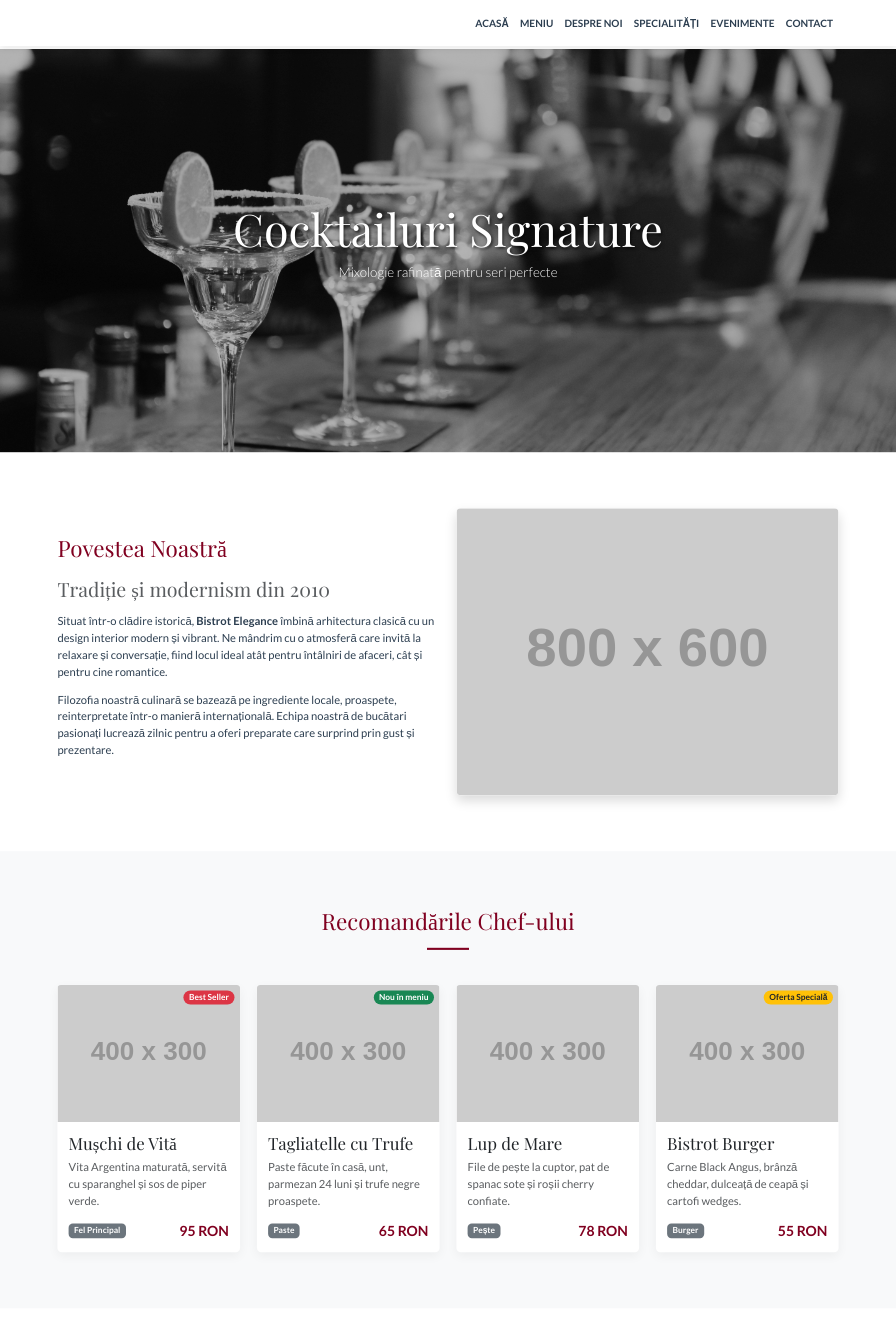
Repository: 912-Comsa-Teodora/bistrot-restaurant
Page: restaurant/index.html
An editor plug-in stored every save of this project. The page is shown before and after the next save, followed by the edit.
The browser window is 1280 px wide. The pictures show the part of the page from y = 0 to 1920 px (the page is 3050 px tall before and 3045 px after), at 70% of full size.

Above is the page before, as saved 2026-01-04 21:33:38.

### restaurant/index.html
<!DOCTYPE html>
<html lang="ro">
<head>
    <meta charset="UTF-8">
    <meta name="viewport" content="width=device-width, initial-scale=1.0">
    <meta name="description" content="Cel mai bun restaurant și bar din oraș. Atmosferă unică, meniu select.">
    <meta name="author" content="Numele Tau">

    <title>Bistrot Elegance - Restaurant & Bar</title>

    <link href="https://cdn.jsdelivr.net/npm/bootstrap@5.3.0/dist/css/bootstrap.min.css" rel="stylesheet">

    <link rel="stylesheet" href="https://cdnjs.cloudflare.com/ajax/libs/font-awesome/6.4.0/css/all.min.css">

    <link href="https://fonts.googleapis.com/css2?family=Playfair+Display:wght@400;700&family=Lato:wght@300;400;700&display=swap" rel="stylesheet">

    <style>
        :root {
            --primary-color: #800020; /* Visiniu elegant stil Toulouse */
            --gold-color: #d4af37;
            --text-dark: #2c3e50;
        }

        body {
            font-family: 'Lato', sans-serif;
            color: var(--text-dark);
            padding-top: 70px; /* Pentru a nu ascunde continutul sub meniul fix */
        }

        h1, h2, h3, h4, h5 {
            font-family: 'Playfair Display', serif;
            color: var(--primary-color);
        }

        /* Navigatie */
        .navbar {
            background-color: #fff;
            box-shadow: 0 2px 10px rgba(0,0,0,0.1);
        }

        .navbar-brand img {
            max-height: 40px;
        }

        .nav-link {
            color: var(--text-dark);
            font-weight: 700;
            text-transform: uppercase;
            font-size: 0.9rem;
        }

        .nav-link:hover {
            color: var(--primary-color);
        }

        /* Carousel Custom */
        #heroCarousel .carousel-item img {
            height: 80vh; /* Inaltimea caruselului */
            object-fit: cover;
            filter: brightness(0.7); /* Intunecam putin imaginile pentru contrast text */
        }

        .carousel-caption {
            top: 50%; /* Pozitionam partea de sus a textului la mijlocul ecranului */
            transform: translateY(-50%); /* Ridicam textul cu jumatate din inaltimea sa pentru centrare perfecta */
            bottom: auto; /* Resetam pozitia implicita a Bootstrap-ului de jos */
            /* Optional: ajustam latimea pentru a nu fi prea lat pe ecrane mari */
            width: 70%;
            left: 15%;
        }

        /* --- NEW --- Spatiere egala intre linii */
        .carousel-caption p {
            /* Resetam marginile implicite si setam o distanta uniforma */
            margin-top: 0;
            margin-bottom: 1.5rem;
            font-size: 1.2rem; /* Am marit putin textul paragrafelor pentru lizibilitate */
            font-weight: 300;
        }

        .carousel-caption h2 {
            font-size: 4rem;
            color: #fff;
            text-shadow: 2px 2px 4px rgba(0,0,0,0.6);
        }

        /* Sectiuni Generale */
        section {
            padding: 80px 0;
        }

        .bg-light-custom {
            background-color: #f8f9fa;
        }

        .section-title {
            text-align: center;
            margin-bottom: 50px;
            position: relative;
        }

        .section-title::after {
            content: '';
            display: block;
            width: 60px;
            height: 3px;
            background-color: var(--primary-color);
            margin: 20px auto;
        }

        /* Carduri Meniu */
        .card {
            border: none;
            transition: transform 0.3s;
            box-shadow: 0 5px 15px rgba(0,0,0,0.05);
        }

        .card:hover {
            transform: translateY(-5px);
        }

        .price-tag {
            font-size: 1.25rem;
            font-weight: bold;
            color: var(--primary-color);
        }

        /* Footer */
        footer {
            background-color: #1a1a1a;
            color: #fff;
            padding: 60px 0 20px;
        }

        footer h4 {
            color: var(--gold-color);
            margin-bottom: 20px;
        }

        .social-icons a {
            color: #fff;
            font-size: 1.5rem;
            margin-right: 15px;
            transition: color 0.3s;
        }

        .social-icons a:hover {
            color: var(--gold-color);
        }
    </style>
</head>
<body>

    <header id="home">
        <nav class="navbar navbar-expand-lg navbar-light fixed-top">
            <div class="container">
                <a class="navbar-brand" href="index.html">
                    <img src="./pictures/Bistrot-Elegance-Logo.png" alt="Logo Bistrot Elegance">
                </a>

                <button class="navbar-toggler" type="button" data-bs-toggle="collapse" data-bs-target="#navbarContent" aria-controls="navbarContent" aria-expanded="false" aria-label="Toggle navigation">
                    <span class="navbar-toggler-icon"></span>
                </button>

                <div class="collapse navbar-collapse" id="navbarContent">
                    <ul class="navbar-nav ms-auto mb-2 mb-lg-0">
                        <li class="nav-item">
                            <a class="nav-link" href="#home">Acasă</a>
                        </li>
                        <li class="nav-item">
                            <a class="nav-link" href="#meniu">Meniu</a>
                        </li>
                        <li class="nav-item">
                            <a class="nav-link" href="#despre">Despre Noi</a>
                        </li>
                        <li class="nav-item">
                            <a class="nav-link" href="#specialitati">Specialități</a>
                        </li>
                        <li class="nav-item">
                            <a class="nav-link" href="#evenimente">Evenimente</a>
                        </li>
                        <li class="nav-item">
                            <a class="nav-link" href="#contact">Contact</a>
                        </li>
                    </ul>
                </div>
            </div>
        </nav>
    </header>

        <div id="heroCarousel" class="carousel slide" data-bs-ride="carousel">
            <div class="carousel-inner">
                <div class="carousel-item active" data-bs-interval="4000">
                    <img src="pictures/restaurant-imagine-principala.jpg" class="d-block w-100" alt="Interior restaurant seara cu lumini ambientale">
                    <div class="carousel-caption d-none d-md-block">
                        <p>Bine ați venit la</p>
                        <h2>Bistrot Elegance</h2>
                        <p>O experiență culinară de neuitat în inima orașului</p>
                    </div>
                </div>

                <div class="carousel-item" data-bs-interval="4000">
                    <img src="pictures/cover-bauturi.jpg" class="d-block w-100" alt="Barman preparând cocktailuri signature">
                    <div class="carousel-caption d-none d-md-block">
                        <h2>Cocktailuri Signature</h2>
                        <p>Mixologie rafinată pentru seri perfecte</p>
                    </div>
                </div>

                <div class="carousel-item" data-bs-interval="4000">
                    <img src="pictures/cover-mancare.jpg" class="d-block w-100" alt="Barman preparând cocktailuri signature">
                    <div class="carousel-caption d-none d-md-block">
                        <h2>Gusturi Autentice</h2>
                        <p>Preparate create cu pasiune din ingrediente locale</p>
                    </div>
                </div>

                <div class="carousel-item" data-bs-interval="4000">
                    <img src="pictures/cover-desert.jpg" class="d-block w-100" alt="Deserturi facute in casa">
                    <div class="carousel-caption d-none d-md-block">
                        <h2>Deserturi Artizanale</h2>
                        <p>Finalul dulce perfect pentru orice masă</p>
                    </div>
                </div>
            </div>
        </div>

    <section id="despre">
        <div class="container">
            <div class="row align-items-center">
                <div class="col-lg-6 mb-4 mb-lg-0">
                    <h2 class="mb-4">Povestea Noastră</h2>
                    <h3 class="text-muted mb-3">Tradiție și modernism din 2010</h3>
                    <p>
                        Situat într-o clădire istorică, <strong>Bistrot Elegance</strong> îmbină arhitectura clasică cu un design interior modern și vibrant. Ne mândrim cu o atmosferă care invită la relaxare și conversație, fiind locul ideal atât pentru întâlniri de afaceri, cât și pentru cine romantice.
                    </p>
                    <p>
                        Filozofia noastră culinară se bazează pe ingrediente locale, proaspete, reinterpretate într-o manieră internațională. Echipa noastră de bucătari pasionați lucrează zilnic pentru a oferi preparate care surprind prin gust și prezentare.
                    </p>
                </div>
                <div class="col-lg-6">
                    <img src="https://placehold.co/800x600/eee/333?text=Interior+Local" class="img-fluid rounded shadow" alt="Fotografie cu interiorul restaurantului la ora pranzului">
                </div>
            </div>
        </div>
    </section>

    <section id="specialitati" class="bg-light-custom">
        <div class="container">
            <h2 class="section-title">Recomandările Chef-ului</h2>
            <div class="row g-4">

                <div class="col-md-6 col-lg-3">
                    <div class="card h-100">
                        <span class="position-absolute top-0 end-0 badge rounded-pill bg-danger m-2">
                            Best Seller
                        </span>
                        <img src="https://placehold.co/400x300/800020/fff?text=Vita+Argentina" class="card-img-top" alt="Friptura de vita pe gratar">
                        <div class="card-body d-flex flex-column">
                            <h4 class="card-title">Mușchi de Vită</h4>
                            <p class="card-text text-muted">Vita Argentina maturată, servită cu sparanghel și sos de piper verde.</p>
                            <div class="mt-auto d-flex justify-content-between align-items-center">
                                <span class="badge bg-secondary">Fel Principal</span>
                                <span class="price-tag">95 RON</span>
                            </div>
                        </div>
                    </div>
                </div>

                <div class="col-md-6 col-lg-3">
                    <div class="card h-100">
                         <span class="position-absolute top-0 end-0 badge rounded-pill bg-success m-2">
                            Nou în meniu
                        </span>
                        <img src="https://placehold.co/400x300/d4af37/fff?text=Paste+Trufe" class="card-img-top" alt="Paste proaspete cu trufe negre">
                        <div class="card-body d-flex flex-column">
                            <h4 class="card-title">Tagliatelle cu Trufe</h4>
                            <p class="card-text text-muted">Paste făcute în casă, unt, parmezan 24 luni și trufe negre proaspete.</p>
                            <div class="mt-auto d-flex justify-content-between align-items-center">
                                <span class="badge bg-secondary">Paste</span>
                                <span class="price-tag">65 RON</span>
                            </div>
                        </div>
                    </div>
                </div>

                <div class="col-md-6 col-lg-3">
                    <div class="card h-100">
                        <img src="https://placehold.co/400x300/2c3e50/fff?text=Lup+de+Mare" class="card-img-top" alt="File de peste cu legume">
                        <div class="card-body d-flex flex-column">
                            <h4 class="card-title">Lup de Mare</h4>
                            <p class="card-text text-muted">File de pește la cuptor, pat de spanac sote și roșii cherry confiate.</p>
                            <div class="mt-auto d-flex justify-content-between align-items-center">
                                <span class="badge bg-secondary">Pește</span>
                                <span class="price-tag">78 RON</span>
                            </div>
                        </div>
                    </div>
                </div>

                <div class="col-md-6 col-lg-3">
                    <div class="card h-100">
                        <span class="position-absolute top-0 end-0 badge rounded-pill bg-warning text-dark m-2">
                            Oferta Specială
                        </span>
                        <img src="https://placehold.co/400x300/555/fff?text=Burger+Gourmet" class="card-img-top" alt="Burger mare cu cartofi prajiti">
                        <div class="card-body d-flex flex-column">
                            <h4 class="card-title">Bistrot Burger</h4>
                            <p class="card-text text-muted">Carne Black Angus, brânză cheddar, dulceață de ceapă și cartofi wedges.</p>
                            <div class="mt-auto d-flex justify-content-between align-items-center">
                                <span class="badge bg-secondary">Burger</span>
                                <span class="price-tag">55 RON</span>
                            </div>
                        </div>
                    </div>
                </div>

            </div>
        </div>
    </section>

    <section id="evenimente">
        <div class="container">
            <h2 class="section-title">Evenimente & Atmosferă</h2>
            <div class="row">
                <div class="col-lg-4 mb-4">
                    <h3>Muzică Live & Seri Tematice</h3>
                    <p>În fiecare seară de vineri și sâmbătă, atmosfera este întreținută de artiști locali de jazz și pian.</p>
                    <p>Organizam degustări de vinuri în fiecare ultimă joi din lună. Vă așteptăm să descoperiți soiuri premiate alături de somelierul nostru.</p>
                    <div class="alert alert-info mt-3" role="alert">
                        <strong>Rezervare necesară!</strong> Locurile sunt limitate pentru serile de muzică live.
                    </div>
                </div>

                <div class="col-lg-4 col-md-6 mb-4">
                    <img src="https://placehold.co/400x300/333/fff?text=Concert+Jazz" class="img-fluid rounded mb-4 w-100" alt="Formatie de jazz cantand live">
                    <img src="https://placehold.co/400x300/555/fff?text=Degustare+Vin" class="img-fluid rounded w-100" alt="Pahare de vin pe masa">
                </div>

                <div class="col-lg-4 col-md-6">
                    <img src="https://placehold.co/400x650/800020/fff?text=Petrecere+Privata" class="img-fluid rounded h-100 w-100" style="object-fit: cover;" alt="Grup de oameni la o masa festiva">
                </div>
            </div>
        </div>
    </section>

    <footer id="contact">
        <div class="container">
            <div class="row">
                <div class="col-md-4 mb-4">
                    <h4>Contact</h4>
                    <p><i class="fas fa-map-marker-alt me-2"></i> Strada Principală Nr. 10, Cluj-Napoca</p>
                    <p><i class="fas fa-phone me-2"></i> +40 722 123 456</p>
                    <p><i class="fas fa-envelope me-2"></i> contact@bistrotelegance.ro</p>
                </div>

                <div class="col-md-4 mb-4">
                    <h4>Program</h4>
                    <p>Luni - Joi: 10:00 - 23:00</p>
                    <p>Vineri - Sâmbătă: 10:00 - 02:00</p>
                    <p>Duminică: 12:00 - 23:00</p>
                </div>

                <div class="col-md-4 mb-4 text-md-end text-start">
                    <h4>Urmărește-ne</h4>
                    <div class="social-icons">
                        <a href="#" aria-label="Facebook"><i class="fab fa-facebook-f"></i></a>
                        <a href="#" aria-label="Instagram"><i class="fab fa-instagram"></i></a>
                        <a href="#" aria-label="TripAdvisor"><i class="fab fa-tripadvisor"></i></a>
                    </div>
                </div>
            </div>

            <hr class="bg-light">

            <div class="row">
                <div class="col-12 text-center">
                    <p class="small mb-0">&copy; 2023 Bistrot Elegance. Toate drepturile rezervate.</p>
                </div>
            </div>
        </div>
    </footer>

    <script src="https://cdn.jsdelivr.net/npm/bootstrap@5.3.0/dist/js/bootstrap.bundle.min.js"></script>
</body>
</html>

After the next save:
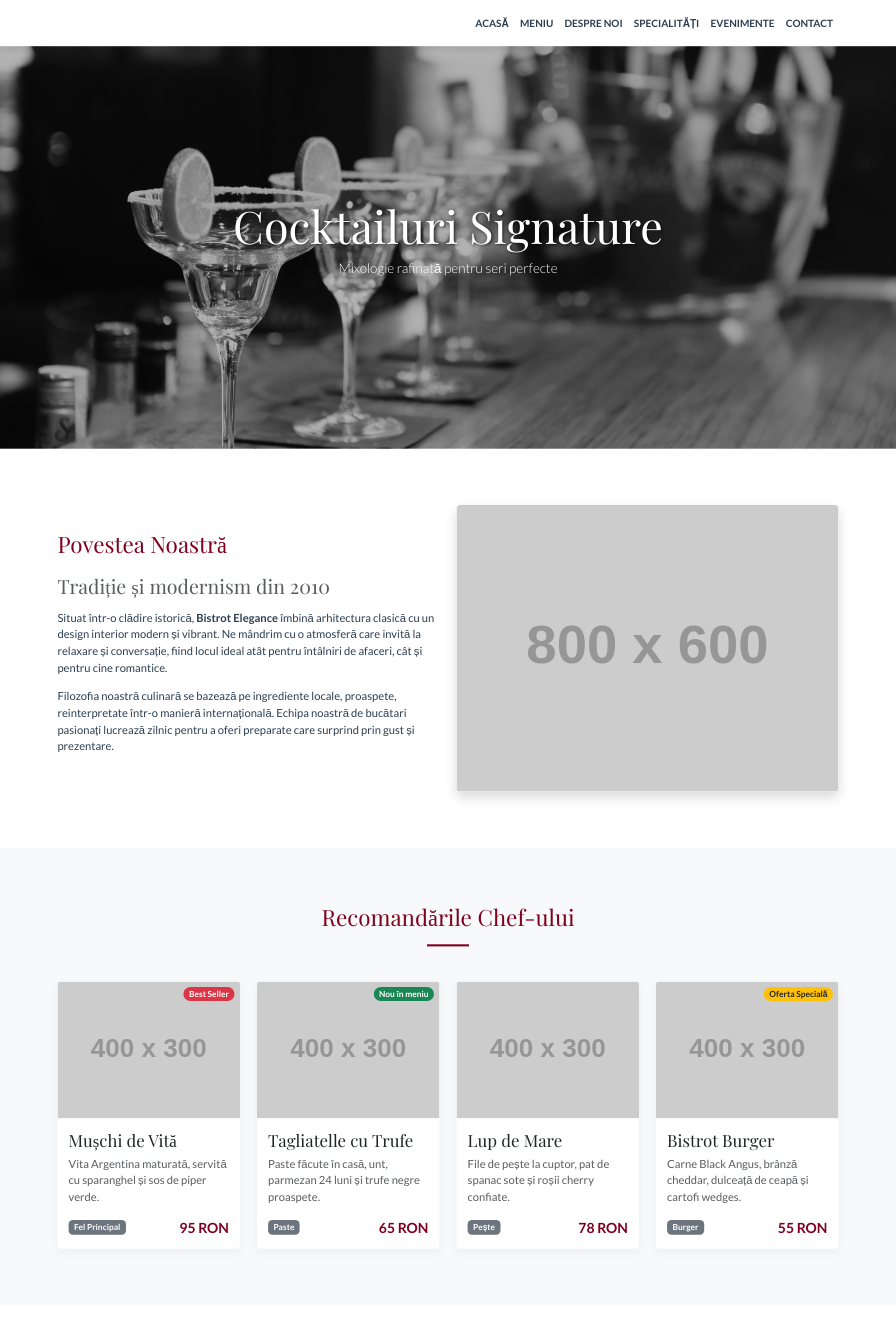
Saved 7 s later.
--- a/restaurant/index.html
+++ b/restaurant/index.html
@@ -24,7 +24,7 @@
         body {
             font-family: 'Lato', sans-serif;
             color: var(--text-dark);
-            padding-top: 70px; /* Pentru a nu ascunde continutul sub meniul fix */
+            padding-top: 65px; /* Pentru a nu ascunde continutul sub meniul fix */
         }
 
         h1, h2, h3, h4, h5 {
